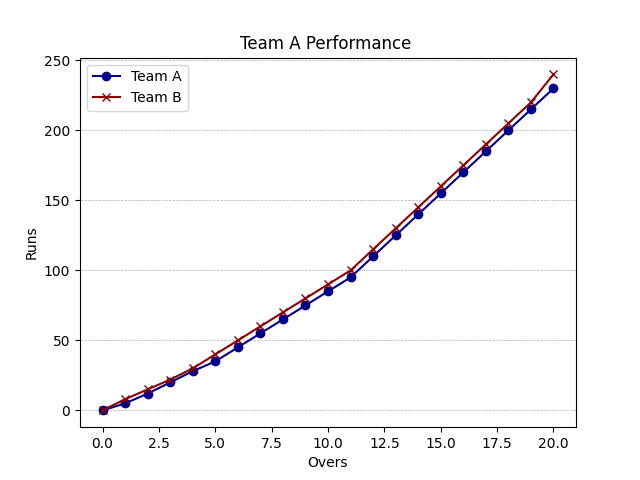
Repository: medenitunc/August-25-leanrning-Pyhton
Script's output: python Day02_05_Dv2.py
The author's editor kept a copy of each file at every save. The script's output is drawn from the files as they stood at one save, then again after the next save.
Random numbers start from a fixed seed.

Above is the script's output before, as saved 2025-11-27 09:50:29.

### Day02_05_Dv2.py
import matplotlib.pyplot as plt
import numpy as np
import pandas as pd

# numpy - numerical python - library for numerical calculations

# xval = np.array([0,6,12])
# yval = np.array([0,25, 75])

# plt.plot(xval, yval, color='darkgreen', marker='o', linestyle='dotted')
# plt.xlabel('Overs')
# plt.ylabel('Runs')
# plt.title('Team A Performance ')
# plt.grid(axis='y', linestyle='--', linewidth=0.5)
# plt.legend()
# plt.show()


overs = np.array([0,1,2,3,4,5,6,7,8,9,10,11,12,13,14,15,16,17,18,19,20 ])
teamA_runs = np.array([0,5,12,20,28,35,45,55,65,75,85,95,110,125,140,155,170,185,200,215,230])
teamB_runs = np.array([0,8,15,22,30,40,50,60,70,80,90,100,115,130,145,160,175,190,205,220,240])

plt.plot(overs, teamA_runs, marker='o', label='Team A', color='darkblue')
plt.plot(overs, teamB_runs, marker='x', label='Team B', color='darkred')
plt.xlabel('Overs')
plt.ylabel('Runs')
plt.title('Team A Performance ')
plt.grid(axis='y', linestyle='--', linewidth=0.5)
plt.legend()
plt.show()

After the next save:
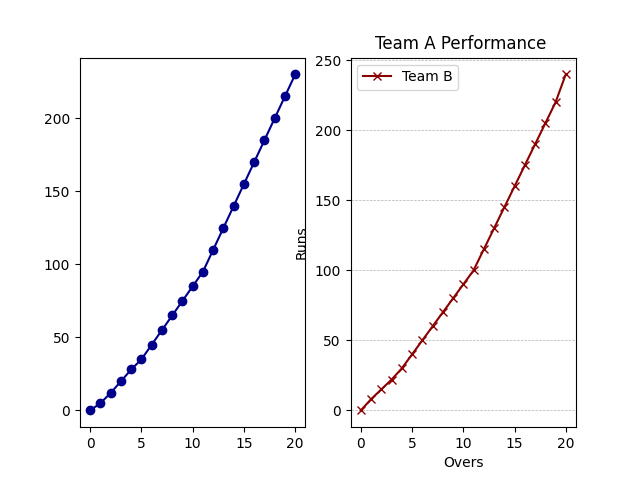
Saved 2 min 52 s later.
--- a/Day02_05_Dv2.py
+++ b/Day02_05_Dv2.py
@@ -20,7 +20,9 @@ overs = np.array([0,1,2,3,4,5,6,7,8,9,10,11,12,13,14,15,16,17,18,19,20 ])
 teamA_runs = np.array([0,5,12,20,28,35,45,55,65,75,85,95,110,125,140,155,170,185,200,215,230])
 teamB_runs = np.array([0,8,15,22,30,40,50,60,70,80,90,100,115,130,145,160,175,190,205,220,240])
 
+plt.subplot(1, 2, 1)
 plt.plot(overs, teamA_runs, marker='o', label='Team A', color='darkblue')
+plt.subplot(1, 2, 2)
 plt.plot(overs, teamB_runs, marker='x', label='Team B', color='darkred')
 plt.xlabel('Overs')
 plt.ylabel('Runs')
